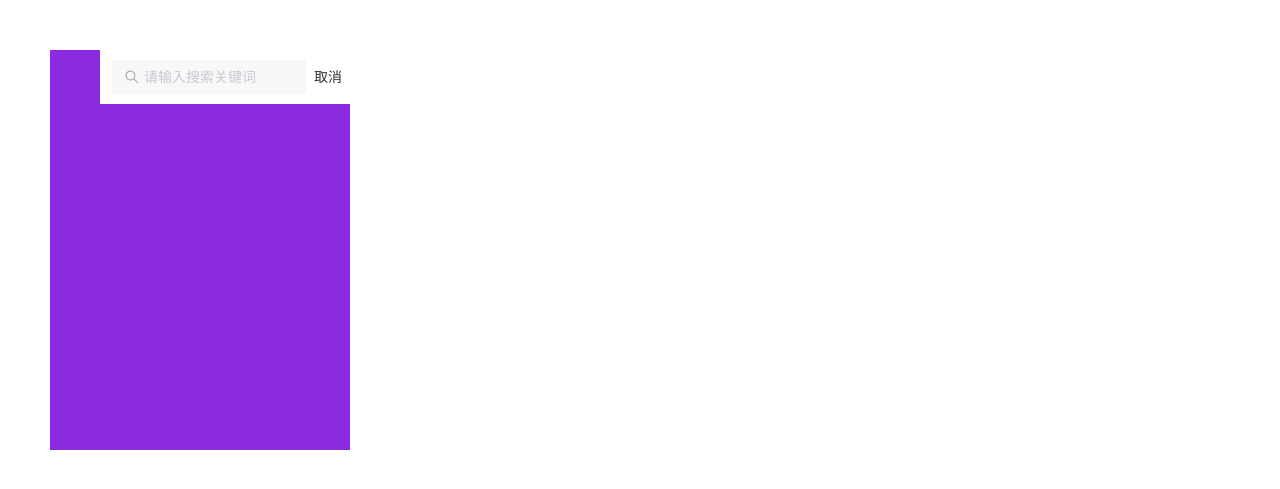
Repository: liyang777777/shangcheng
Page: /
An editor plug-in stored every save of this project. The page is shown before and after the next save, followed by the edit.
The browser window is 1280 px wide. The pictures show the whole page.
The project was rebuilt for these pictures with package versions that can differ from the ones it lists, and the page was loaded fresh each time. Also part of the build but not shown: vue.config.js. Imported but missing from the stored project, and not drawn on this page: src/views/About.

Above is the page before, as saved 2020-06-22 10:41:58.

### src/main.js
import Vue from 'vue';
import App from './App.vue';
import router from './router';
import store from './store';
import Vant from 'vant';
import 'vant/lib/index.css';

import { Form } from 'vant';
import { Search } from 'vant';

Vue.config.productionTip = false
Vue.use(Vant);
Vue.use(Form);
Vue.use(Search);

new Vue({
  router,
  store,
  render: h => h(App)
}).$mount('#app')

### src/App.vue
<template>
  <div id="app">

    <router-view/>
  </div>
</template>

<style lang="scss">

</style>

### src/router/index.js
import Vue from 'vue'
import VueRouter from 'vue-router'
import Home from '../views/Home.vue'


Vue.use(VueRouter)

  const routes = [
  {
    path: '/',
    name: 'Home',
    component: Home
  },
  {
    path: '/about',
    name: 'About',

    component: () => import('../views/About')
  },
  {
    path: '/details',
    name: 'Details',

    component: () => import('../views/details/Details')
  },
  {
    path: '/login',
    name: 'Login',

    component: () => import('../views/login/Login')
  }
]

const router = new VueRouter({
  mode: 'history',
  base: process.env.BASE_URL,
  routes
})

export default router

### src/views/Home.vue
<template>
  <div class="content">
    <form action="/" class="box">
      <van-search
        v-model="value"
        show-action
        placeholder="请输入搜索关键词"
        @search="onSearch"
        @cancel="onCancel"
      />
    </form>
  </div>
</template>

<script>
import { Toast } from "vant";
export default {
  name: "",
  props: {},
  components: {},
  data() {
    return {
      value: ""
    };
  },
  methods: {
    onSearch(val) {
      Toast(val);
    },
    onCancel() {
      Toast("搜索");
    }
  },
  mounted() {},
  watch: {},
  computed: {}
};
</script>

<style scoped lang='scss'>
.content {
  width: 300px;
  height: 400px;
  background: blueviolet;
  margin-top: 50px;
  margin-left: 50px;
}
.box {

  height: 25px;
  margin-left: 50px;
}
</style>

Loaded but not shown: public/index.html (common file); src/store/index.js (common file)

After the next save:
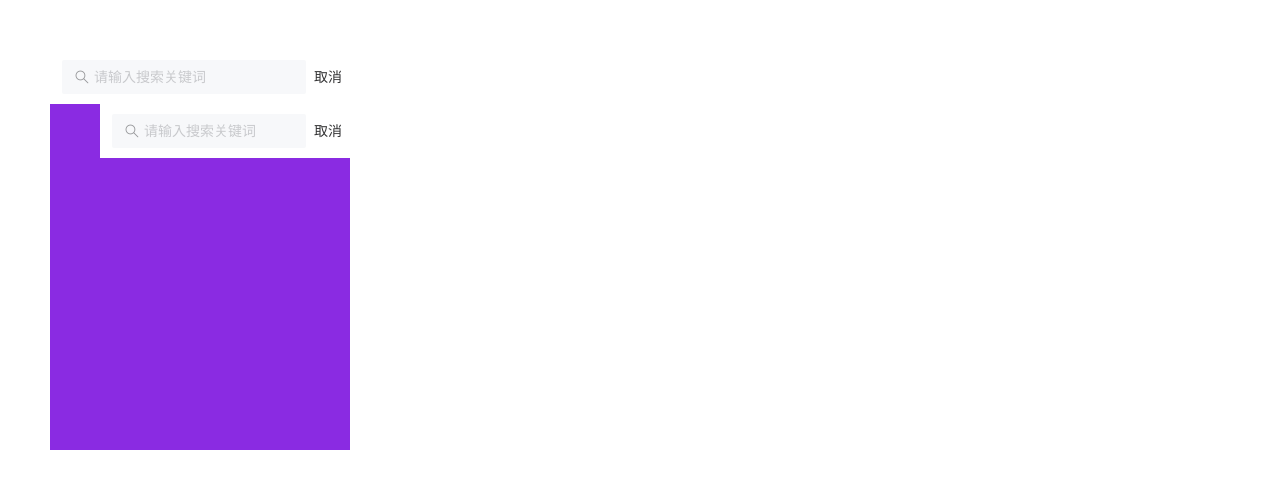
Saved 68 s later.
--- a/src/views/Home.vue
+++ b/src/views/Home.vue
@@ -1,5 +1,16 @@
 <template>
   <div class="content">
+    <div class="box1">
+      <form action="/" class="box2">
+      <van-search
+        v-model="value"
+        show-action
+        placeholder="请输入搜索关键词"
+        @search="onSearch"
+        @cancel="onCancel"
+      />
+    </form>
+    </div>
     <form action="/" class="box">
       <van-search
         v-model="value"
@@ -46,7 +57,6 @@ export default {
   margin-left: 50px;
 }
 .box {
-
   height: 25px;
   margin-left: 50px;
 }
